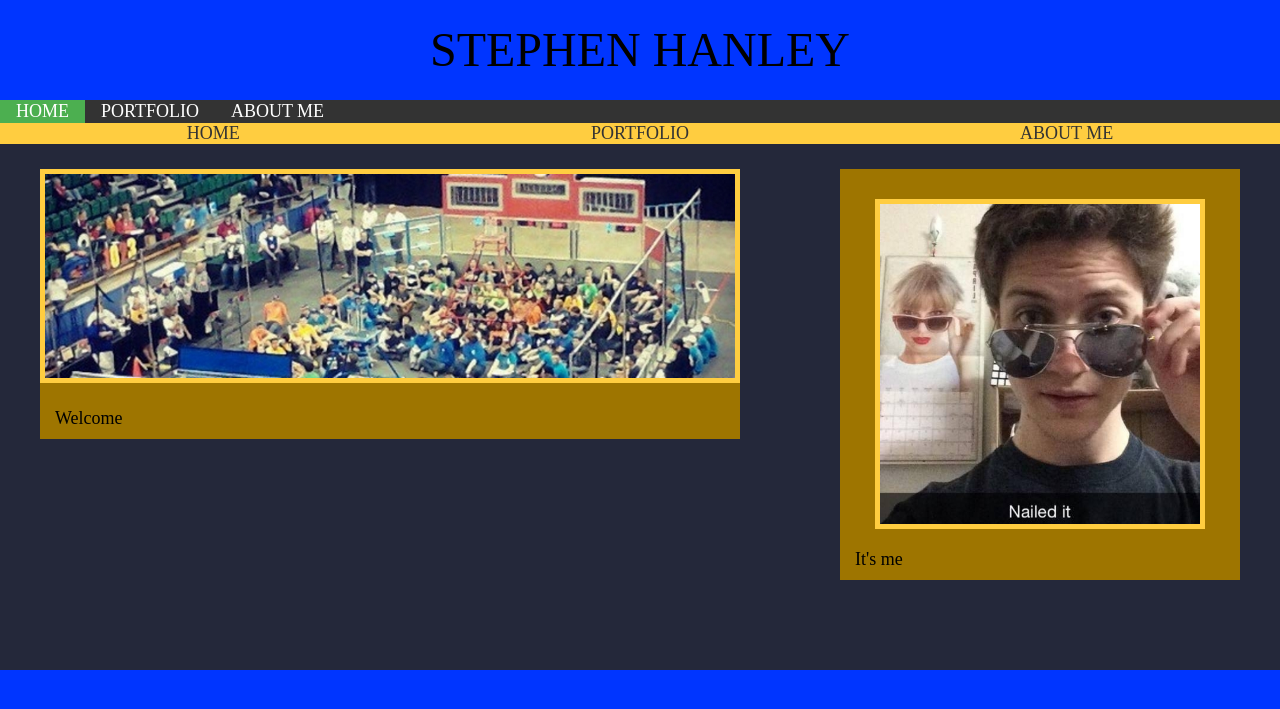
Repository: sjhanley/Portfolio-Website
Page: sjhanley_portfolio.html
The author's editor kept a record of every edit. The page is drawn from the files as they stood at one moment, then again after the next edit.
The browser window is 1280 px wide. The pictures show the whole page.

Above is the page before.
Console error (its wording comes from the project's code and is left out).

After the next edit:
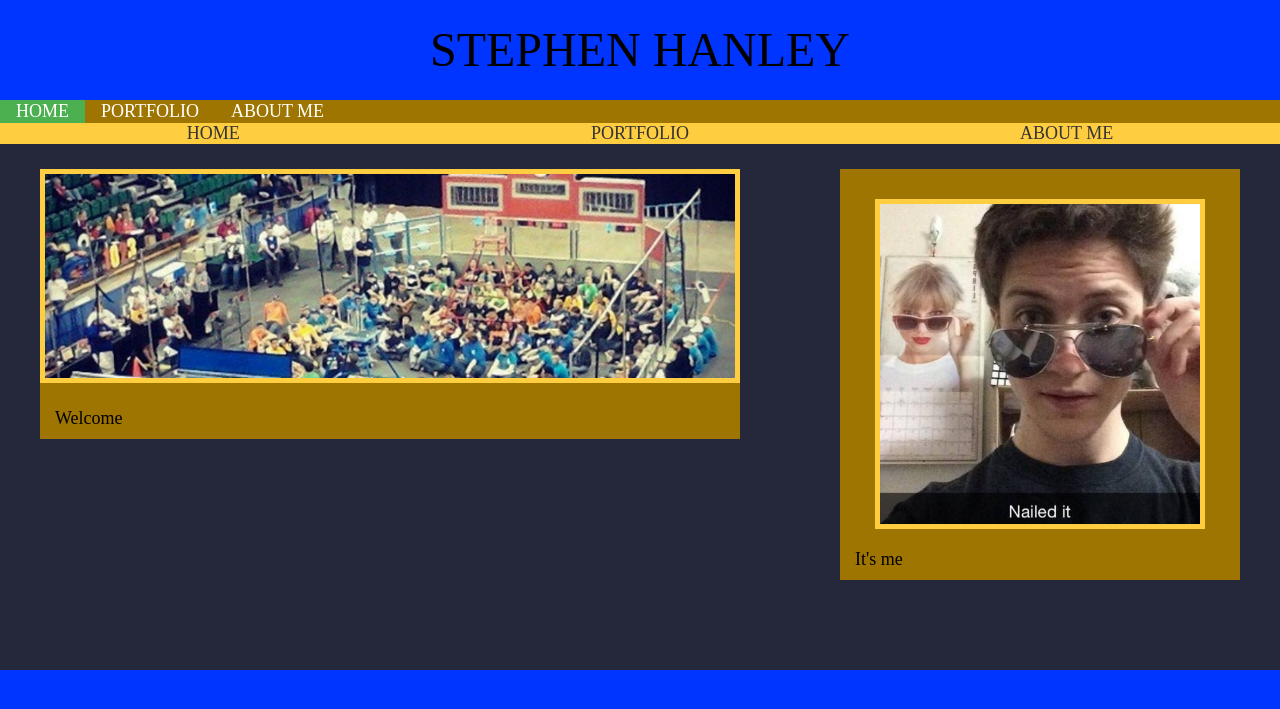
The edit:
--- a/sjhanley_portfolio.html
+++ b/sjhanley_portfolio.html
@@ -60,7 +60,7 @@
     margin: 0;
     padding: 0;
     overflow: hidden;
-    background-color: #333;
+    background-color: #9E7500;
     top: 0;
     width: 100%;
 }
